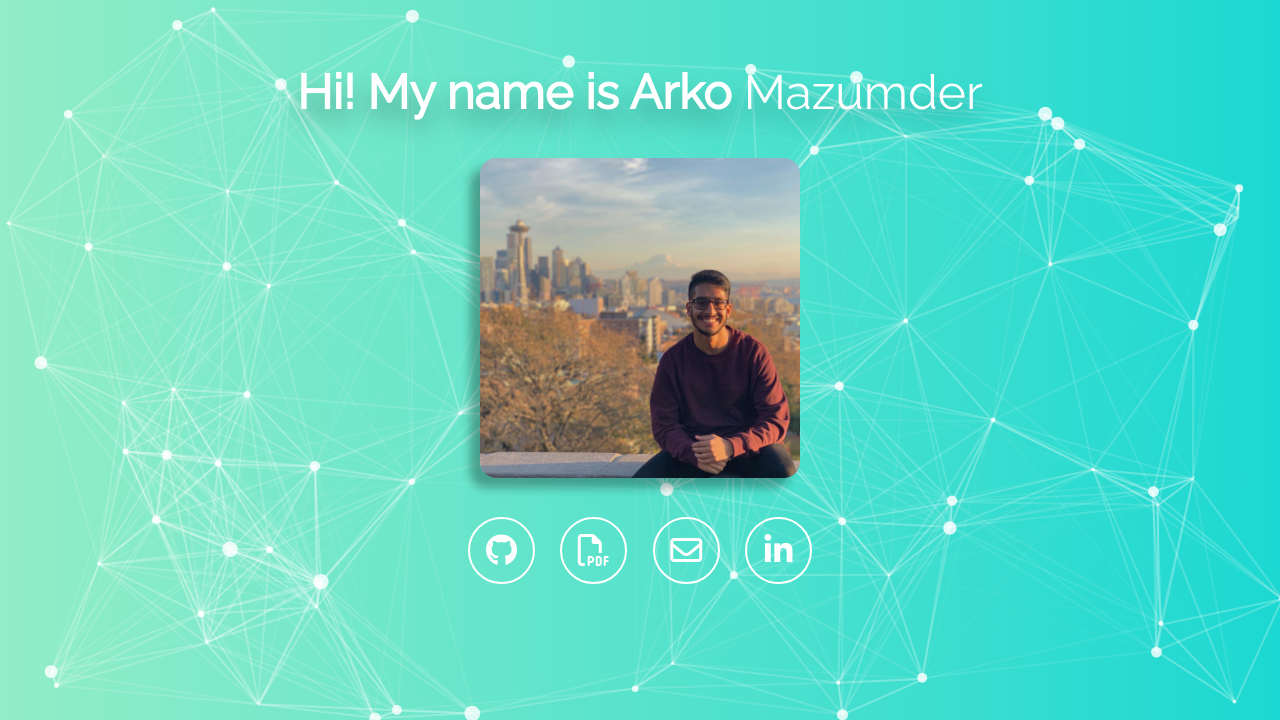
Repository: arkomz/arkomz.github.io
Page: index.html
An editor plug-in stored every save of this project. The page is shown before and after the next save, followed by the edit.
The browser window is 1280 px wide. The pictures show the whole page.
Some web libraries are served in a nearby version.

Above is the page before, as saved 2020-07-22 15:44:39.

After the next save:
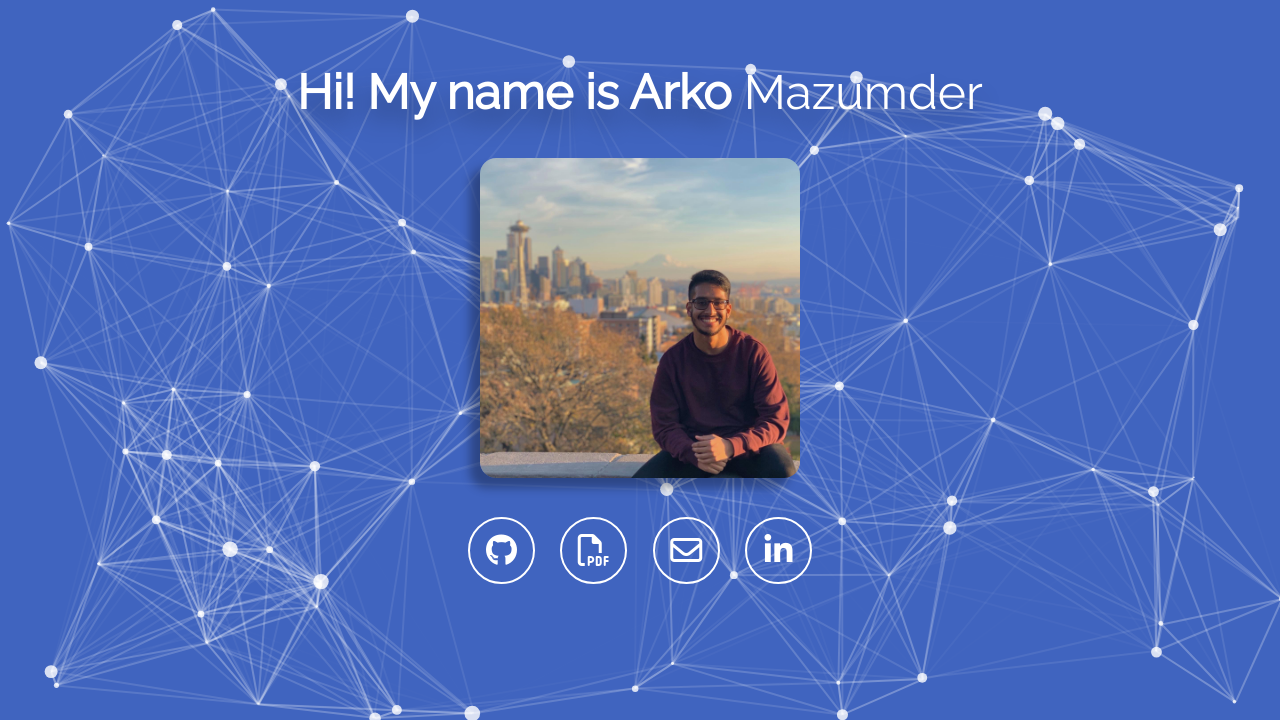
Saved 7 h 56 min later.
--- a/assets/css/styles.css
+++ b/assets/css/styles.css
@@ -26,9 +26,9 @@ body, html {
 }
 
 body {
-    background: #1CD8D2;  /* fallback for old browsers */
-    background: -webkit-linear-gradient(to right, #93EDC7, #1CD8D2);  /* Chrome 10-25, Safari 5.1-6 */
-    background: linear-gradient(to right, #93EDC7, #1CD8D2); /* W3C, IE 10+/ Edge, Firefox 16+, Chrome 26+, Opera 12+, Safari 7+ */
+    background: #4064bf ;  /* fallback for old browsers */
+    background: -webkit-linear-gradient(to right, #4064bf, #4064bf);  /* Chrome 10-25, Safari 5.1-6 */
+    background: linear-gradient(to right, #4064bf, #4064bf); /* W3C, IE 10+/ Edge, Firefox 16+, Chrome 26+, Opera 12+, Safari 7+ */
     margin: 0;
     animation: fade 3s forwards ease;
 }
